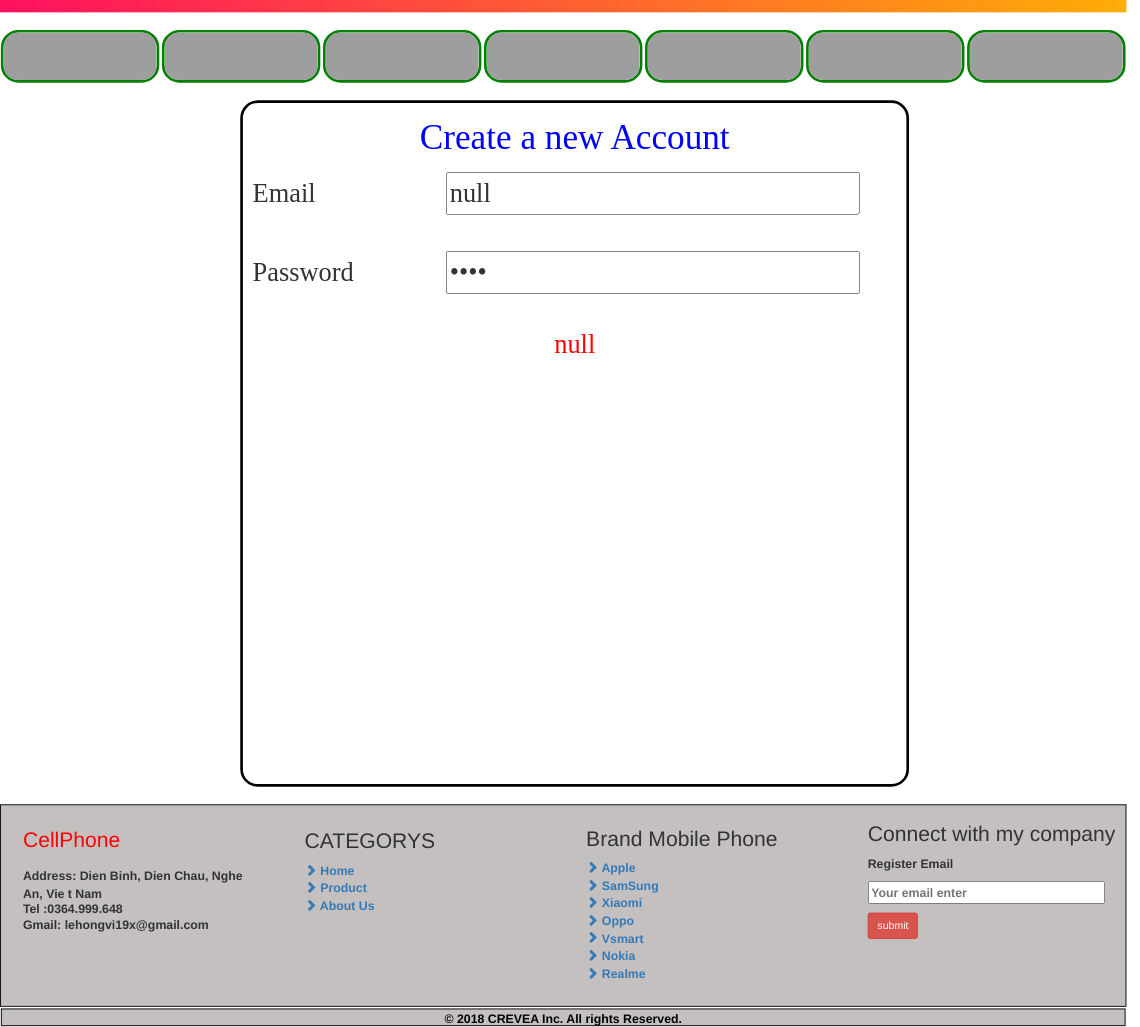
Repository: volhfx07132/Project-1
Page: http://localhost/PRJ321x_ASM3_Le_Hong_Vo/register.jsp
An editor plug-in stored every save of this project. The page is shown before and after the next save, followed by the edit.
The browser window is 1280 px wide. The page is 1296 px wide, so the pictures cover 1296 px, including what lies to the right of the window. The pictures show the part of the page from y = 358 to 1525 px (the page is 1525 px tall), at 88% of full size.
Pictures or frames that could not be fetched are drawn as grey boxes. The page is served by Tomcat 9. The template is opened directly, without the code that normally fills it, so the values that code supplies are empty.

Above is the page before, as saved 2021-09-13 15:56:13.

After the next save:
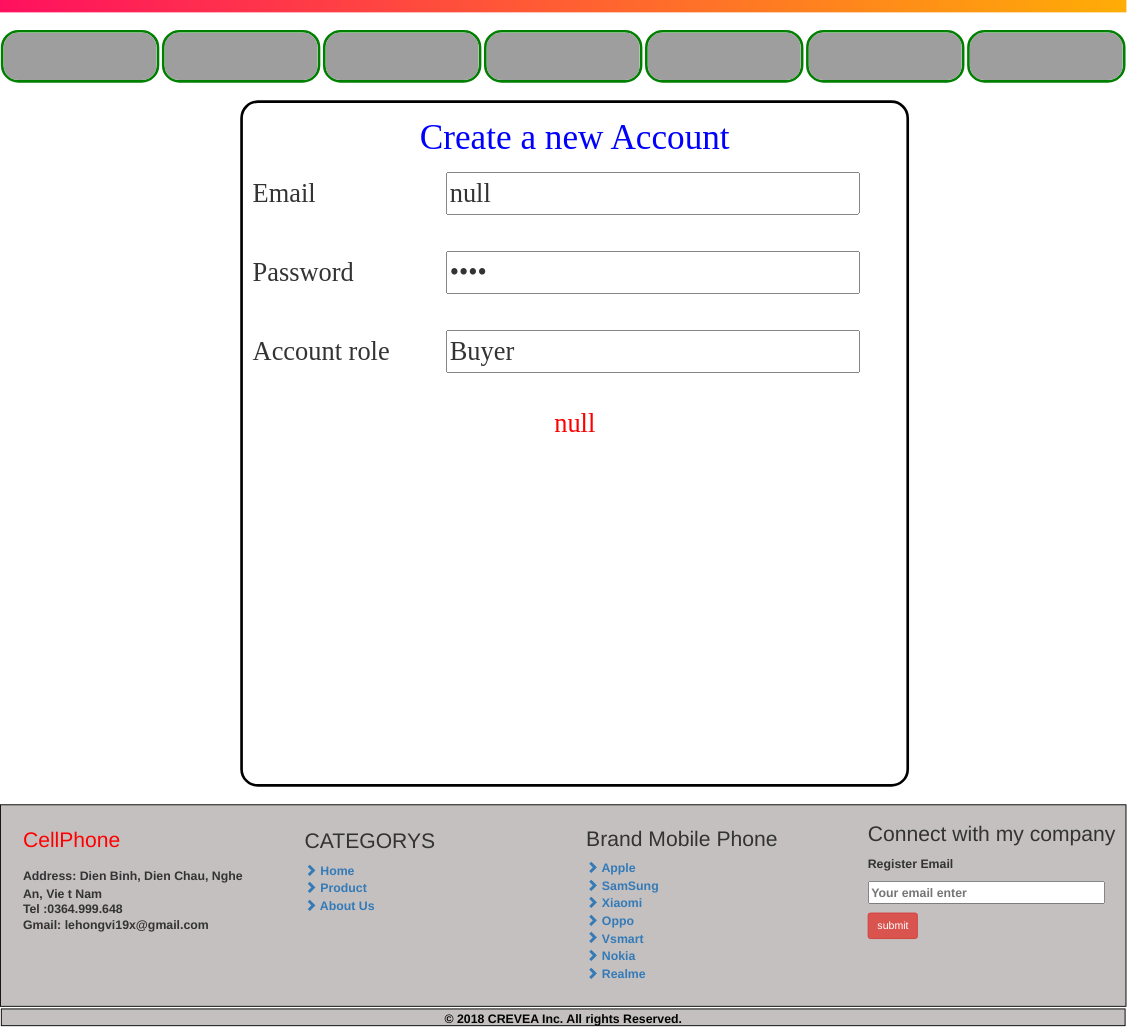
Saved 27 s later.
--- a/PRJ321x_ASM3_Le_Hong_Vo/src/main/webapp/register.jsp
+++ b/PRJ321x_ASM3_Le_Hong_Vo/src/main/webapp/register.jsp
@@ -28,6 +28,13 @@
                         <input class="input_action" type="password" name="password" value='<%=request.getAttribute("password") %>' placeholder="Password">
                     </td>
                 </tr>
+                <tr class="table_action_login">
+                    <td class="td_name_information">
+                        Account role
+                    </td>
+                    <td class="td_action">
+                        <input class="input_action" type="text" name="role" value="Buyer" placeholder="Role">
+                    </td>
 
              </thead>
          </table>
